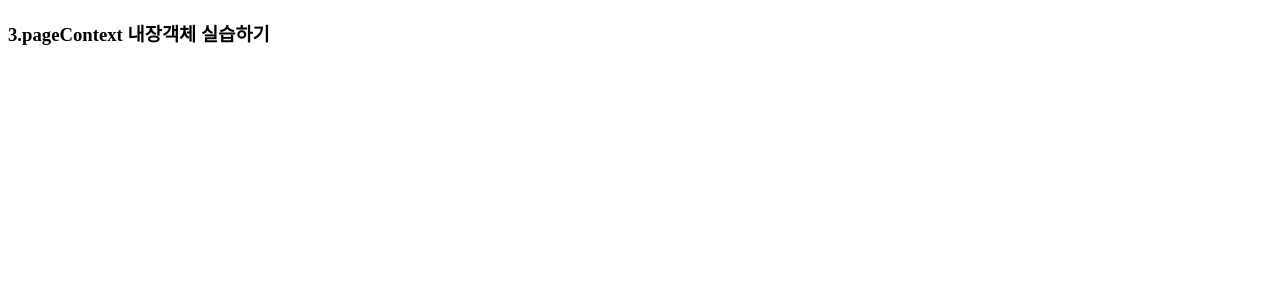
Repository: Jinwoooooooo/GCA_JSP
Page: http://localhost/ch03/3.pageContext.jsp
An editor plug-in stored every save of this project. The page is shown before and after a run of saves, followed by the edit.
The browser window is 1280 px wide. The pictures show the whole page.
The page is served by Tomcat 9.

Above is the page before, as saved 2025-02-04 02:05:54.

### ch03/src/main/webapp/3.pageContext.jsp
<%@ page language="java" contentType="text/html; charset=UTF-8"
    pageEncoding="UTF-8"%>
<!DOCTYPE html>
<html>
<head>
<meta charset="UTF-8">
<title>3.pageContext</title>

<!--
	날짜 : 2025/02/04
	이름 : 정진우
	내용 : JSP 내장객체 pageContext 실습하기
-->

</head>
<body>
	<h3>3.pageContext 내장객체 실습하기</h3>


</body>
</html>

After the next 2 saves:
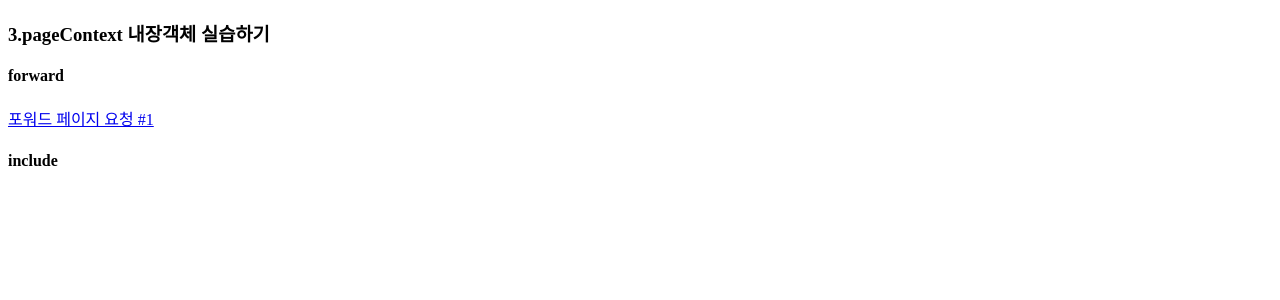
The 2 saves are shown as one change because they came seconds apart.
The last was saved 82 s later.
--- a/ch03/src/main/webapp/3.pageContext.jsp
+++ b/ch03/src/main/webapp/3.pageContext.jsp
@@ -16,6 +16,10 @@
 <body>
 	<h3>3.pageContext 내장객체 실습하기</h3>
 
+	<h4>forward</h4>
+	<a href="./proc/forward1.jsp">포워드 페이지 요청 #1</a>
 
+	<h4>include</h4>
+	<% %>
 </body>
 </html>
